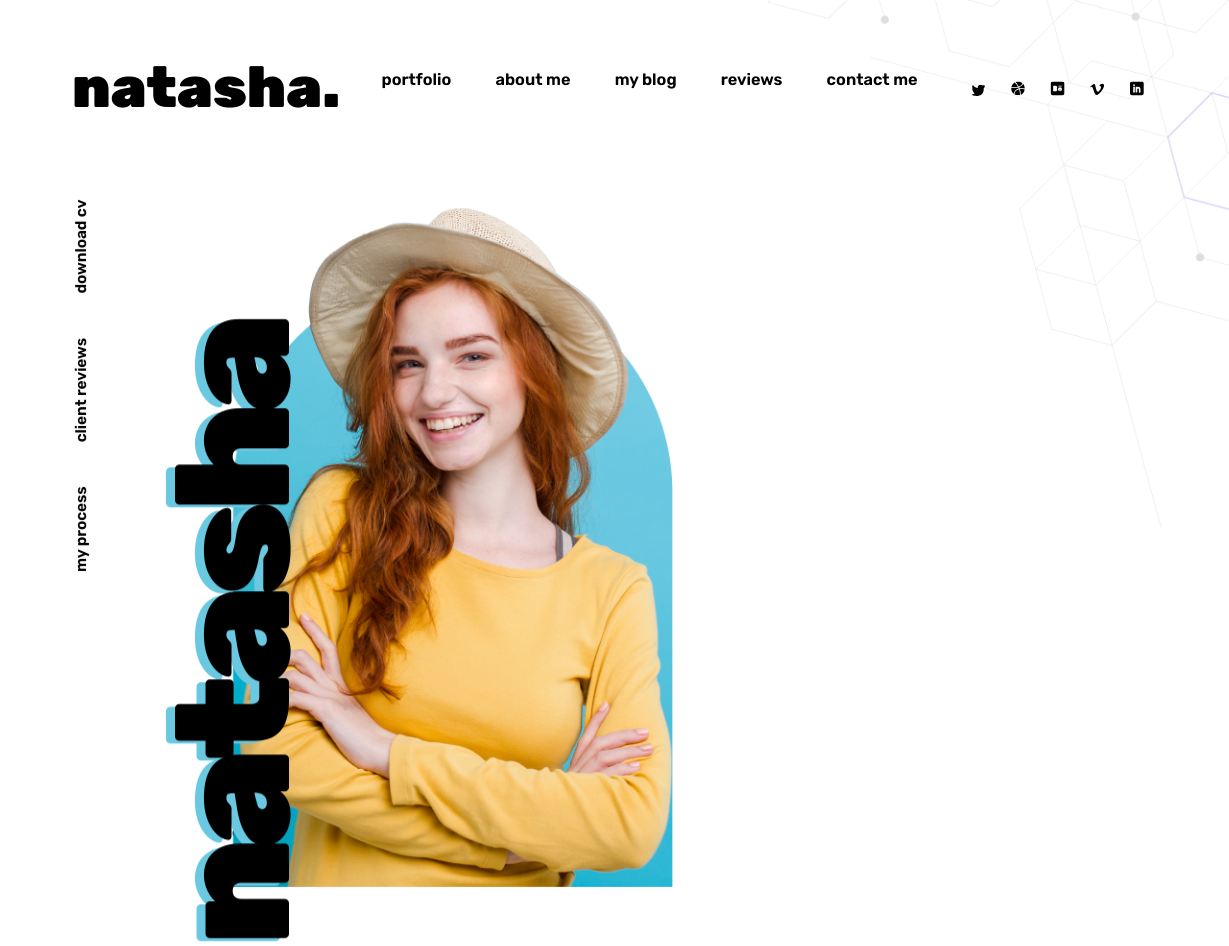
Repository: BuduCE/landing-page
Page: natasha-lp/index.html
An editor plug-in stored every save of this project. The page is shown before and after a run of saves, followed by the edit.
The browser window is 1280 px wide. The pictures show the whole page, at 96% of full size.

Above is the page before, as saved 2022-03-04 23:21:10.

### natasha-lp/index.html
<!DOCTYPE html>
<html lang="en">

<head>
    <meta charset="UTF-8">
    <meta http-equiv="X-UA-Compatible" content="IE=edge">
    <meta name="viewport" content="width=device-width, initial-scale=1.0">
    <title>Natasha</title>

    <!--CSS-->
    <link rel="stylesheet" href="./assets/css/style.css">

    <!--Google Font-->
    <link rel="preconnect" href="https://fonts.googleapis.com">
    <link rel="preconnect" href="https://fonts.gstatic.com" crossorigin>
    <link href="https://fonts.googleapis.com/css2?family=Rubik:ital,wght@0,600;0,900;1,400&display=swap" rel="stylesheet">
</head>

<body>
    <!--Navbar menu-->
    <header>
        <div class="logo">
            <h1>natasha.</h1>
        </div>

        <nav class='nav_text'>
            <li><a href="#">portfolio</a></li>
            <li><a href="#">about me</a></li>
            <li><a href="#">my blog</a></li>
            <li><a href="#">reviews</a></li>
            <li><a href="#">contact me</a></li>
        </nav>

        <nav class='nav_icon'>
            <li><a href="">
                <svg width="15" height="12" viewBox="0 0 15 12" fill="none"
                        xmlns="http://www.w3.org/2000/svg">
                        <path
                            d="M5.32379 11.9894C4.70669 11.9894 4.07153 11.9394 3.43255 11.8393C2.30713 11.6627 1.16788 11.074 0.845509 10.8977L0 10.4354L0.915405 10.1344C1.91606 9.80538 2.52477 9.60125 3.27828 9.28159C2.52379 8.91621 1.9423 8.25895 1.66238 7.4093L1.44943 6.76281L1.62406 6.78948C1.45846 6.62258 1.32771 6.45317 1.22635 6.29911C0.865868 5.75159 0.675013 5.08256 0.715623 4.50923L0.755688 3.94494L1.09352 4.07581C0.951007 3.80667 0.848013 3.51925 0.787479 3.21799C0.639956 2.48331 0.763418 1.7028 1.13522 1.02027L1.4295 0.480042L1.82308 0.952771C3.06783 2.44804 4.64442 3.33503 6.51562 3.5947C6.43919 3.06786 6.49646 2.55942 6.68601 2.10367C6.90669 1.57302 7.29929 1.12305 7.82101 0.802307C8.40043 0.446182 9.1031 0.273618 9.79956 0.316405C10.5385 0.361805 11.2094 0.638671 11.7422 1.11761C12.0024 1.04999 12.1941 0.977812 12.4532 0.880261C12.6091 0.821578 12.7859 0.754948 13.0072 0.678736L13.8224 0.397842L13.2908 1.91619C13.3259 1.91325 13.362 1.91075 13.3998 1.90912L14.2703 1.8697L13.7558 2.57292C13.7263 2.6132 13.7188 2.62463 13.7083 2.64042C13.6668 2.70291 13.6152 2.78065 12.909 3.72371C12.7322 3.95986 12.6439 4.26742 12.6603 4.58991C12.7229 5.81539 12.5726 6.92416 12.2132 7.88529C11.8733 8.7946 11.3465 9.57479 10.6478 10.2042C9.78312 10.9829 8.68056 11.516 7.3706 11.7886C6.72803 11.9223 6.03799 11.9894 5.32379 11.9894Z"
                            fill="black" />
                    </svg>
                </a></li>
            <li><a href="">
                <svg width="15" height="15" viewBox="0 0 15 15" fill="none" xmlns="http://www.w3.org/2000/svg">
                <g clip-path="url(#clip0_1_411)">
                <path d="M11.2078 3.20502C11.6444 2.71846 11.8989 2.20904 11.9882 1.68612C10.7537 0.65237 9.16565 0 7.43325 0C6.53875 0 5.68572 0.173109 4.89661 0.475995C6.218 1.7999 7.32307 3.36746 8.18742 5.05957C9.46102 4.59904 10.5225 3.96898 11.2078 3.20502Z" fill="black"/>
                <path d="M11.83 3.76354C11.063 4.61842 9.92291 5.31369 8.56079 5.81897C8.73009 6.19023 8.88567 6.56921 9.0321 6.9531C9.73162 6.80264 10.4566 6.71706 11.196 6.71706C12.3599 6.71706 13.4907 6.91456 14.5334 7.27754C14.5344 7.22975 14.5406 7.18326 14.5406 7.13514C14.5406 5.29463 13.8314 3.6207 12.6795 2.35712C12.5095 2.84683 12.2274 3.32076 11.83 3.76354Z" fill="black"/>
                <path d="M0.433258 5.63324C1.32199 5.79034 2.30664 5.88092 3.25254 5.88092C4.71885 5.88092 6.12734 5.67276 7.38266 5.31522C6.51766 3.65326 5.40562 2.1237 4.07834 0.844543C2.27202 1.81602 0.878333 3.57389 0.433258 5.63324Z" fill="black"/>
                <path d="M14.4613 8.13842C13.4527 7.75878 12.3426 7.55322 11.196 7.55322C10.5532 7.55322 9.92193 7.62062 9.31311 7.74364C9.93119 9.59722 10.2888 11.6007 10.3499 13.6372C12.5243 12.6535 14.1138 10.5815 14.4613 8.13842Z" fill="black"/>
                <path d="M0.270294 7.13516C0.270294 9.33397 1.33018 11.3302 2.9034 12.6348C3.07009 11.5259 3.57003 10.435 4.3843 9.522C5.35284 8.43609 6.69688 7.62292 8.21893 7.15879C8.07729 6.79341 7.92258 6.43522 7.75927 6.08203C6.39922 6.48541 4.86737 6.71709 3.25256 6.71709C2.26464 6.71709 1.23655 6.6227 0.304589 6.45895C0.283468 6.68182 0.270294 6.90697 0.270294 7.13516V7.13516Z" fill="black"/>
                <path d="M5.00854 10.0784C4.18601 11.0008 3.74039 12.0826 3.68323 13.1893C4.77338 13.87 6.05602 14.2703 7.43327 14.2703C8.15738 14.2703 8.85603 14.1601 9.51482 13.9579C9.48281 11.8762 9.13333 9.82941 8.49794 7.94547C7.10708 8.36256 5.88367 9.09713 5.00854 10.0784Z" fill="black"/>
                </g>
                <defs>
                <clipPath id="clip0_1_411">
                <rect width="14.2703" height="14.2703" fill="white" transform="translate(0.270264)"/>
                </clipPath>
                </defs>
                </svg>
                </a></li>
            <li><a href="">
                <svg width="15" height="15" viewBox="0 0 15 15" fill="none" xmlns="http://www.w3.org/2000/svg">
                <path d="M12.6926 0H2.6309C1.47836 0 0.540527 0.937837 0.540527 2.09037V12.1799C0.540527 13.3324 1.47836 14.2703 2.6309 14.2703H12.6926C13.8451 14.2703 14.8108 13.3324 14.8108 12.1799V2.09037C14.8108 0.937837 13.8451 0 12.6926 0ZM8.51181 4.20861H11.8564V5.04476H8.51181V4.20861ZM7.25759 8.38936C7.25759 9.31163 6.50756 10.0617 5.58529 10.0617H3.07684V4.20861H5.58529C6.50756 4.20861 7.25759 4.95864 7.25759 5.88091C7.25759 6.38282 7.03091 6.82844 6.6798 7.13514C7.03091 7.44183 7.25759 7.88745 7.25759 8.38936ZM12.2745 8.38936H9.00131C9.17398 8.87602 9.63909 9.22551 10.1841 9.22551C10.6304 9.22551 11.0468 8.98501 11.2709 8.59796L11.9943 9.0169C11.6217 9.66111 10.9279 10.0617 10.1841 10.0617C9.03157 10.0617 8.09374 9.12382 8.09374 7.97128C8.09374 6.81875 9.03157 5.88091 10.1841 5.88091C11.3366 5.88091 12.2745 6.81875 12.2745 7.97128V8.38936Z" fill="black"/>
                </svg></a></li>
            <li><a href="">
                <svg width="16" height="13" viewBox="0 0 16 13" fill="none" xmlns="http://www.w3.org/2000/svg">
                    <path d="M0.810791 3.15084L1.0048 3.873L1.0195 3.86318C1.41515 3.6005 1.72805 3.39302 2.0796 3.39302C2.39371 3.39302 2.69431 3.5621 2.91815 3.89514C4.13612 5.70587 5.07809 12.0026 7.35725 12.0026C9.60669 12.0026 15.256 5.13731 15.0769 2.03947C14.9879 0.500584 13.8877 0.27063 13.2396 0.27063C11.9917 0.27063 10.7478 1.04274 10.12 2.51945C11.1915 2.34731 11.9507 2.94903 11.8691 4.05103C11.7748 5.30269 9.6792 8.53689 8.70402 8.53689C7.03695 8.53689 6.25698 2.90496 5.69922 1.19536C5.55953 0.76861 5.15561 0.503421 4.64434 0.503421C4.28136 0.503421 3.90563 0.642942 3.58587 0.896678C2.84912 1.48095 2.098 2.08201 1.36899 2.6881L0.810791 3.15084Z" fill="black"/>
                    </svg>
            </a></li>
            <li><a href="">
                <svg width="15" height="15" viewBox="0 0 15 15" fill="none" xmlns="http://www.w3.org/2000/svg">
                    <path d="M12.261 0H2.17143C1.01889 0 0.0810547 0.937837 0.0810547 2.09037V12.1799C0.0810547 13.3324 1.01889 14.2703 2.17143 14.2703H12.261C13.4135 14.2703 14.3513 13.3324 14.3513 12.1799V2.09037C14.3513 0.937837 13.4135 0 12.261 0ZM5.12582 11.3159H3.45352V5.46284H5.12582V11.3159ZM5.12582 4.62669H3.45352V2.95439H5.12582V4.62669ZM10.9789 11.3159H9.30656V7.97128C9.30656 7.51031 8.93138 7.13514 8.47041 7.13514C8.00944 7.13514 7.63426 7.51031 7.63426 7.97128V11.3159H5.96197V5.46284H7.63426V5.77803C8.07237 5.64183 8.35697 5.46284 8.88849 5.46284C10.0226 5.46404 10.9789 6.48146 10.9789 7.68386V11.3159Z" fill="black"/>
                    </svg>
            </a></li>
        </nav>
    </header>

    <nav class="side_nav">
        <li><a href="">my process</a></li>
        <li><a href="">client reviews</a></li>
        <li><a href="">download cv</a></li>
    </nav>

    <main class="container">
        <section>
            <div class="natasha_img">
                <h1>natasha</h1>
                <img src="/natasha-lp/assets/images/natasha.png" alt="">
            </div>

            <div class="natasha_info">
                div>
            </div>
        </section>
    </main>
</body>

</html>

### natasha-lp/assets/css/style.css
/*Reset*/
* {
    margin: 0;
    padding: 0;
    box-sizing: border-box;
}

body {
    font-family: 'Rubik', sans-serif;
    background: url(/natasha-lp/assets/images/bg.png);
    background-repeat: no-repeat;
    background-position: top right;
    position: relative;
}

a {
    text-decoration: none;
}

li {
    list-style: none;
}

header {
    display: flex;
    justify-content: space-between;
    padding: 4.5rem 4.688rem;
    padding-bottom: 5.875px;
}

.logo {
    font-weight: 900;
    font-size: 1.875rem;
    line-height: 2.375rem;
}

.nav_text,.nav_icon {
    display: flex;
}

.nav_text li {
    padding: 0 1.438rem;
    padding-bottom: 0.438rem;
}

.nav_text li:hover {
    border-bottom: 0.125rem solid #000000;
}

.nav_text li a {
    color: black;
    font-weight: 400;
    font-size: 1.063rem;
    line-height: 1.375rem;
}

.nav_icon li {
    padding: 0.813rem;
}

.container {
    margin-top: 5.875rem;
}

.side_nav {
    position: fixed;
    bottom: 6.313rem;
    left: 0;
    display: flex;
    writing-mode: vertical-rl;
    transform: rotate(180deg);
}

.side_nav li {
    padding: 1.438rem 4.65rem;
}

.side_nav li a {
    color: #000000;
}

.container section {
    margin-left: 15.111rem;
}

.natasha_img {
    position: relative;
    width: 28.599rem;
    height: 40.001rem;
}

.natasha_img h1 {
    position: absolute;
    left: -6.5rem;
    bottom: -8rem;/*3.611rem*/
    writing-mode: vertical-rl;
    transform: rotate(180deg);
    font-weight: 900;
    font-size: 10.452rem;
    line-height: 13.25rem;
    letter-spacing: -0.7rem;
    text-shadow: -3px -9px 0 #6bc8e1;
}

.natasha_info {

}

After the next 3 saves:
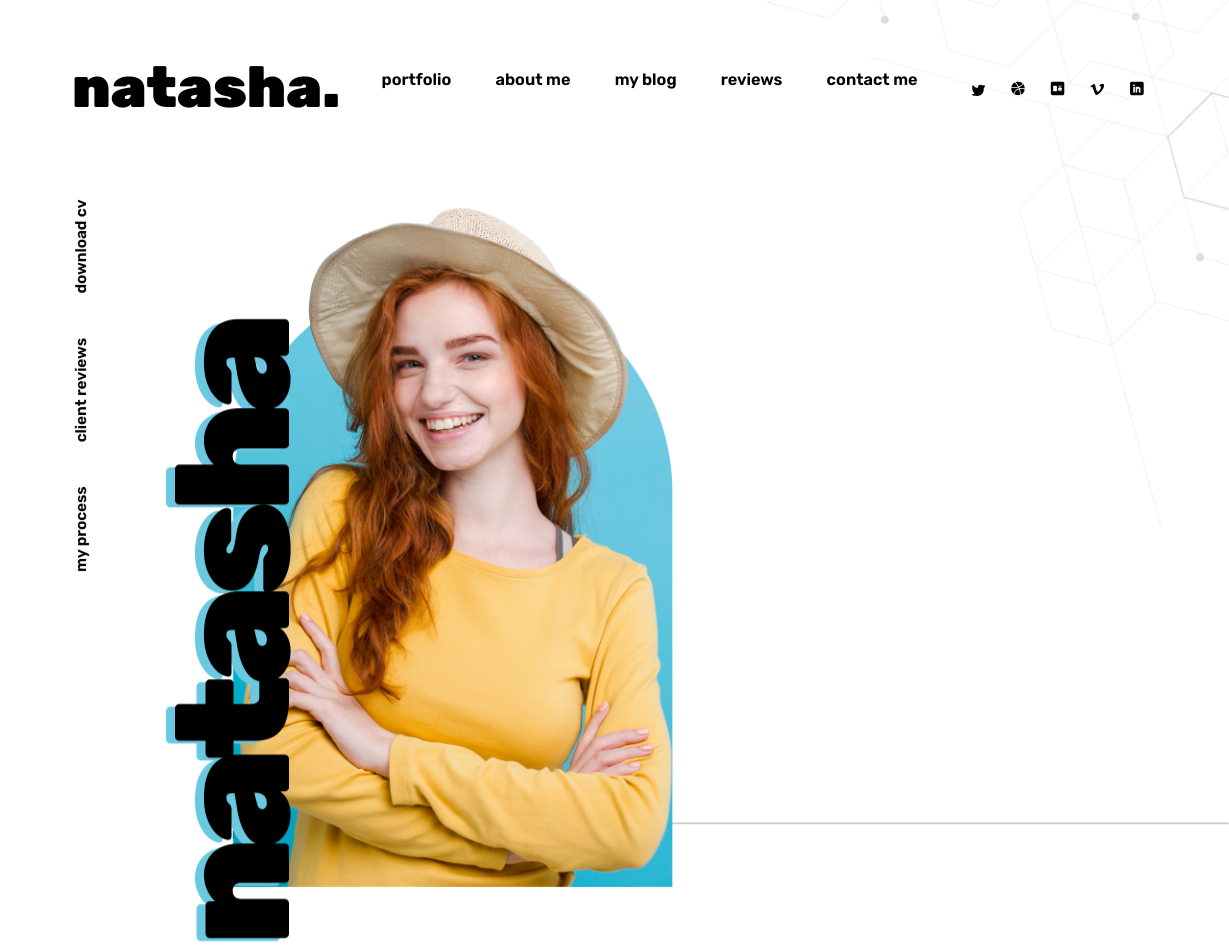
The 3 saves are shown as one change because they came seconds apart.
The last was saved 9 s later.
--- a/natasha-lp/index.html
+++ b/natasha-lp/index.html
@@ -88,7 +88,10 @@
             </div>
 
             <div class="natasha_info">
-                div>
+                <div>
+                    <hr>
+                    <p>missed advice my it no sister</p>
+                </div>
             </div>
         </section>
     </main>

After the save that followed:
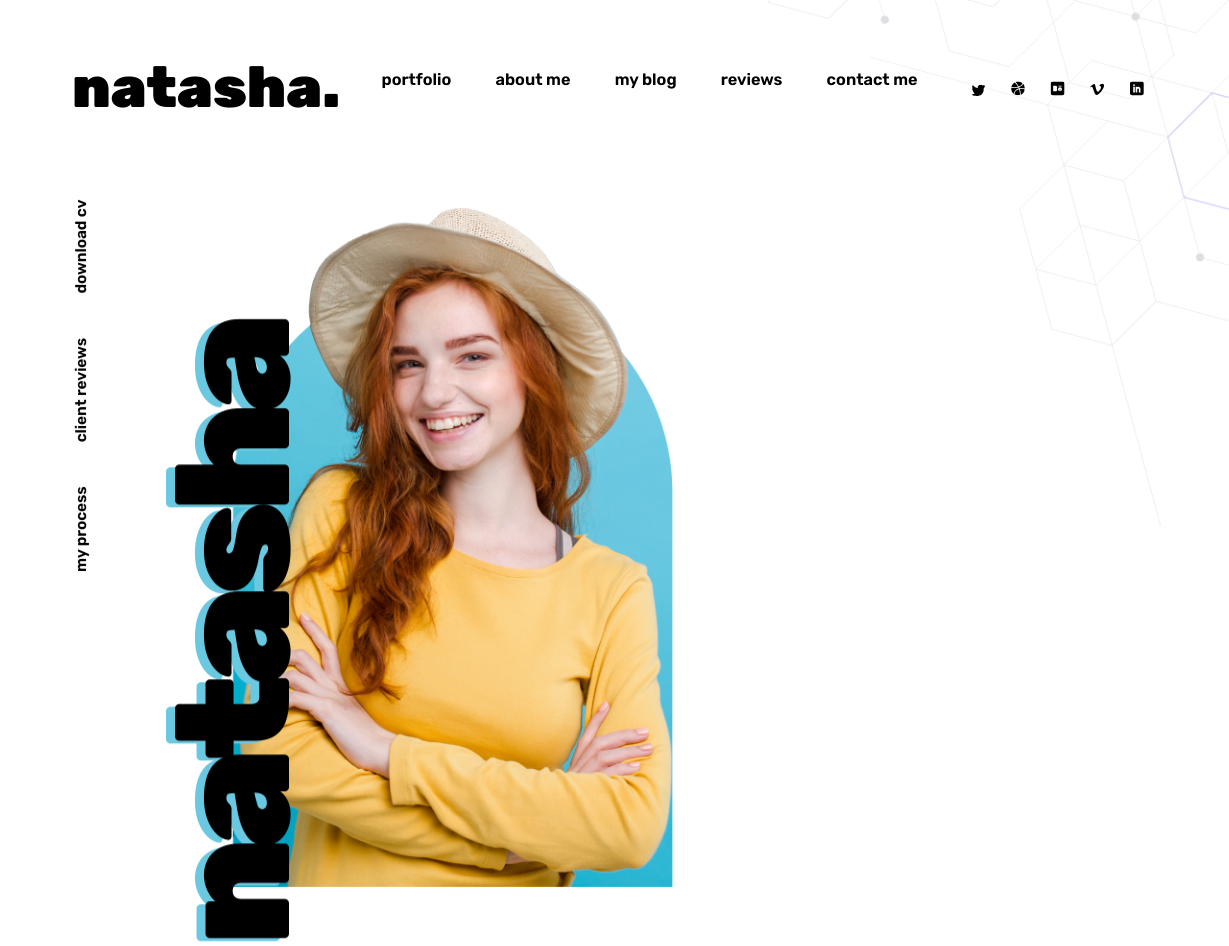
Saved 4 s later.
--- a/natasha-lp/index.html
+++ b/natasha-lp/index.html
@@ -89,7 +89,7 @@
 
             <div class="natasha_info">
                 <div>
-                    <hr>
+                    <h>
                     <p>missed advice my it no sister</p>
                 </div>
             </div>
